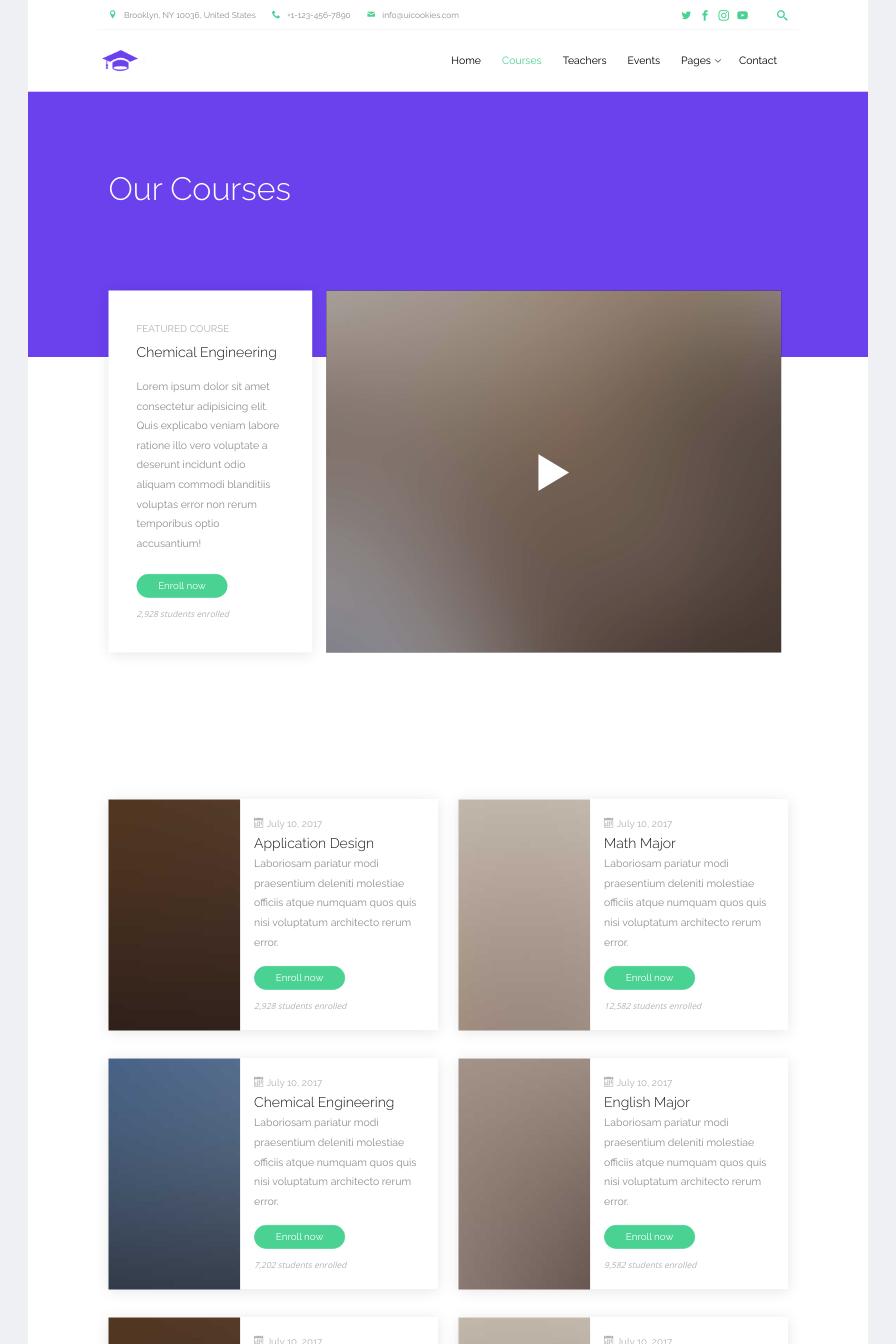
Repository: tarabrin-aleksander/tarabrin-aleksander
Page: pupil.html
An editor plug-in stored every save of this project. The page is shown before and after the next save, followed by the edit.
The browser window is 1280 px wide. The pictures show the part of the page from y = 0 to 1920 px (the page is 4291 px tall), at 70% of full size.

Above is the page before, as saved 2020-01-24 14:40:28.

After the next save:
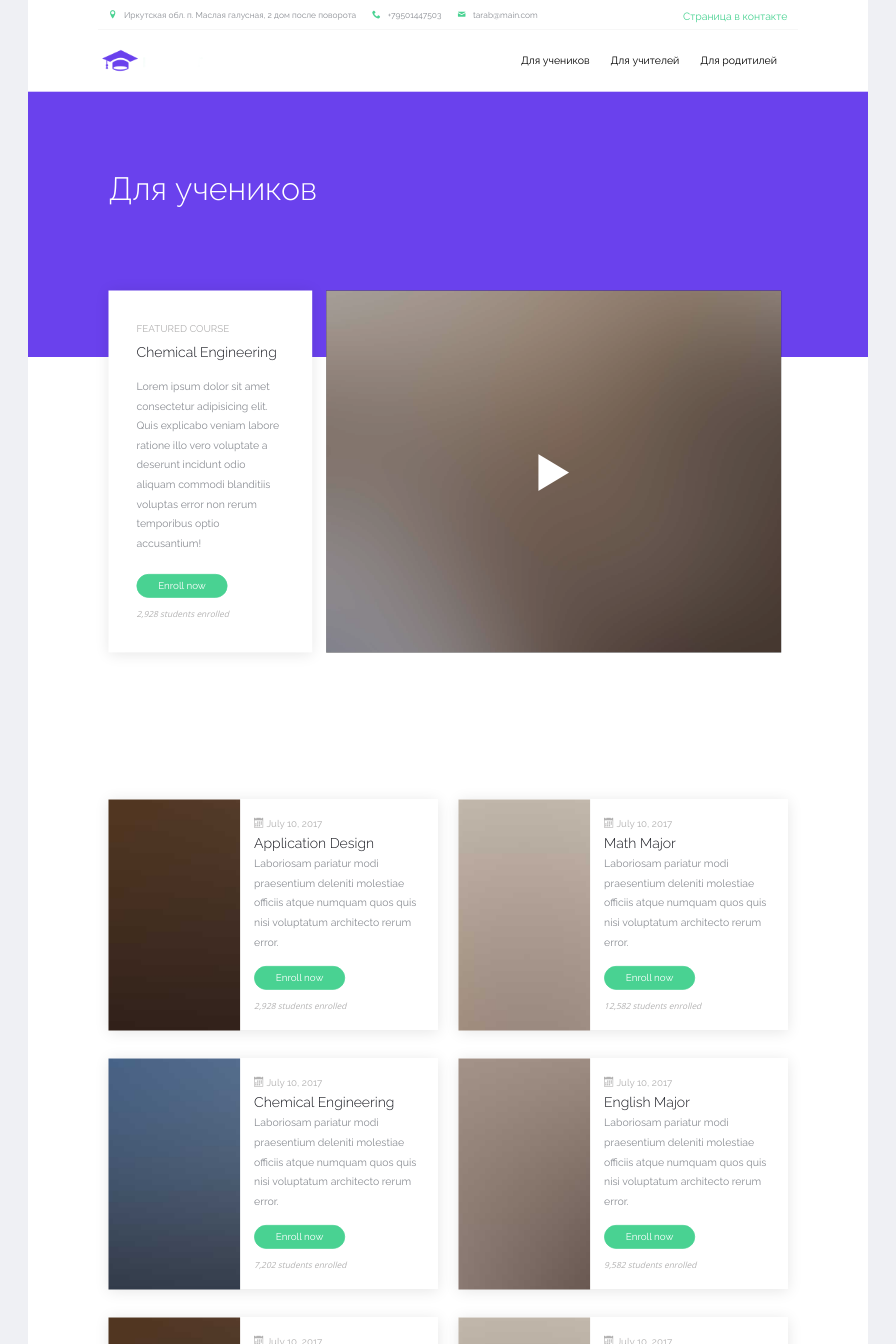
Saved 74 s later.
--- a/pupil.html
+++ b/pupil.html
@@ -3,13 +3,13 @@
   <head>
     <meta charset="utf-8">
     <meta name="viewport" content="width=device-width, initial-scale=1">
-    <title>uiCookies:Enlight &mdash; Free Bootstrap Theme, Free Responsive Bootstrap Website Template</title>
-    <meta name="description" content="Free Bootstrap Theme by uicookies.com">
+    <title>Сайт учителя истории и обществознания Тарабрина Александра Валерьевича</title>
+    <meta name="description" content="Сайт учителя истории и обществознания Тарабрина Александра Валерьевича">
     <meta name="keywords" content="free website templates, free bootstrap themes, free template, free bootstrap, free website template">
 
     <link href="https://fonts.googleapis.com/css?family=Raleway:300,400,500,700|Open+Sans" rel="stylesheet">
     <link rel="stylesheet" href="css/styles-merged.css">
-    <link rel="stylesheet" href="css/style.min.css">
+    <link rel="stylesheet" href="css/style.css">
     <link rel="stylesheet" href="css/custom.css">
 
     <!--[if lt IE 9]>
@@ -19,13 +19,6 @@
   </head>
   <body>
 
-    <div class="probootstrap-search" id="probootstrap-search">
-      <a href="#" class="probootstrap-close js-probootstrap-close"><i class="icon-cross"></i></a>
-      <form action="#">
-        <input type="search" name="s" id="search" placeholder="Search a keyword and hit enter...">
-      </form>
-    </div>
-
     <div class="probootstrap-page-wrapper">
       <!-- Fixed navbar -->
 
@@ -33,17 +26,13 @@
         <div class="container">
           <div class="row">
             <div class="col-lg-9 col-md-9 col-sm-9 probootstrap-top-quick-contact-info">
-              <span><i class="icon-location2"></i>Brooklyn, NY 10036, United States</span>
-              <span><i class="icon-phone2"></i>+1-123-456-7890</span>
-              <span><i class="icon-mail"></i>info@uicookies.com</span>
+              <span><i class="icon-location2"></i>Иркутская обл. п. Маслая галусная, 2 дом после поворота</span>
+              <span><i class="icon-phone2"></i>+79501447503</span>
+              <span><i class="icon-mail"></i>tarab@main.com</span>
             </div>
             <div class="col-lg-3 col-md-3 col-sm-3 probootstrap-top-social">
               <ul>
-                <li><a href="#"><i class="icon-twitter"></i></a></li>
-                <li><a href="#"><i class="icon-facebook2"></i></a></li>
-                <li><a href="#"><i class="icon-instagram2"></i></a></li>
-                <li><a href="#"><i class="icon-youtube"></i></a></li>
-                <li><a href="#" class="probootstrap-search-icon js-probootstrap-search"><i class="icon-search"></i></a></li>
+                <li><a href="https://vk.com/rrrtarab">Страница в контакте</a></li>
               </ul>
             </div>
           </div>
@@ -61,35 +50,14 @@
               <span class="icon-bar"></span>
               <span class="icon-bar"></span>
             </button>
-            <a class="navbar-brand" href="index.html" title="uiCookies:Enlight">Enlight</a>
+            <a class="navbar-brand" href="index.html" title="Сайт учителя истории и обществознания Тарабрина Александра Валерьевича">Сайт учителя истории и обществознания Тарабрина Александра Валерьевича</a>
           </div>
 
           <div id="navbar-collapse" class="navbar-collapse collapse">
             <ul class="nav navbar-nav navbar-right">
-              <li><a href="index.html">Home</a></li>
-              <li class="active"><a href="courses.html">Courses</a></li>
-              <li><a href="teachers.html">Teachers</a></li>
-              <li><a href="events.html">Events</a></li>
-              <li class="dropdown">
-                <a href="#" data-toggle="dropdown" class="dropdown-toggle">Pages</a>
-                <ul class="dropdown-menu">
-                  <li><a href="about.html">About Us</a></li>
-                  <li><a href="courses.html">Courses</a></li>
-                  <li><a href="course-single.html">Course Single</a></li>
-                  <li><a href="gallery.html">Gallery</a></li>
-                  <li class="dropdown-submenu dropdown">
-                    <a href="#" data-toggle="dropdown" class="dropdown-toggle"><span>Sub Menu</span></a>
-                    <ul class="dropdown-menu">
-                      <li><a href="#">Second Level Menu</a></li>
-                      <li><a href="#">Second Level Menu</a></li>
-                      <li><a href="#">Second Level Menu</a></li>
-                      <li><a href="#">Second Level Menu</a></li>
-                    </ul>
-                  </li>
-                  <li><a href="news.html">News</a></li>
-                </ul>
-              </li>
-              <li><a href="contact.html">Contact</a></li>
+              <li><a href="pupil.html">Для учеников</a></li>
+              <li><a href="teachers.html">Для учителей</a></li>
+              <li><a href="parent.html">Для родитилей</a></li>
             </ul>
           </div>
         </div>
@@ -99,7 +67,7 @@
         <div class="container">
           <div class="row">
             <div class="col-md-12 text-left section-heading probootstrap-animate">
-              <h1>Our Courses</h1>
+              <h1>Для учеников</h1>
             </div>
           </div>
         </div>
